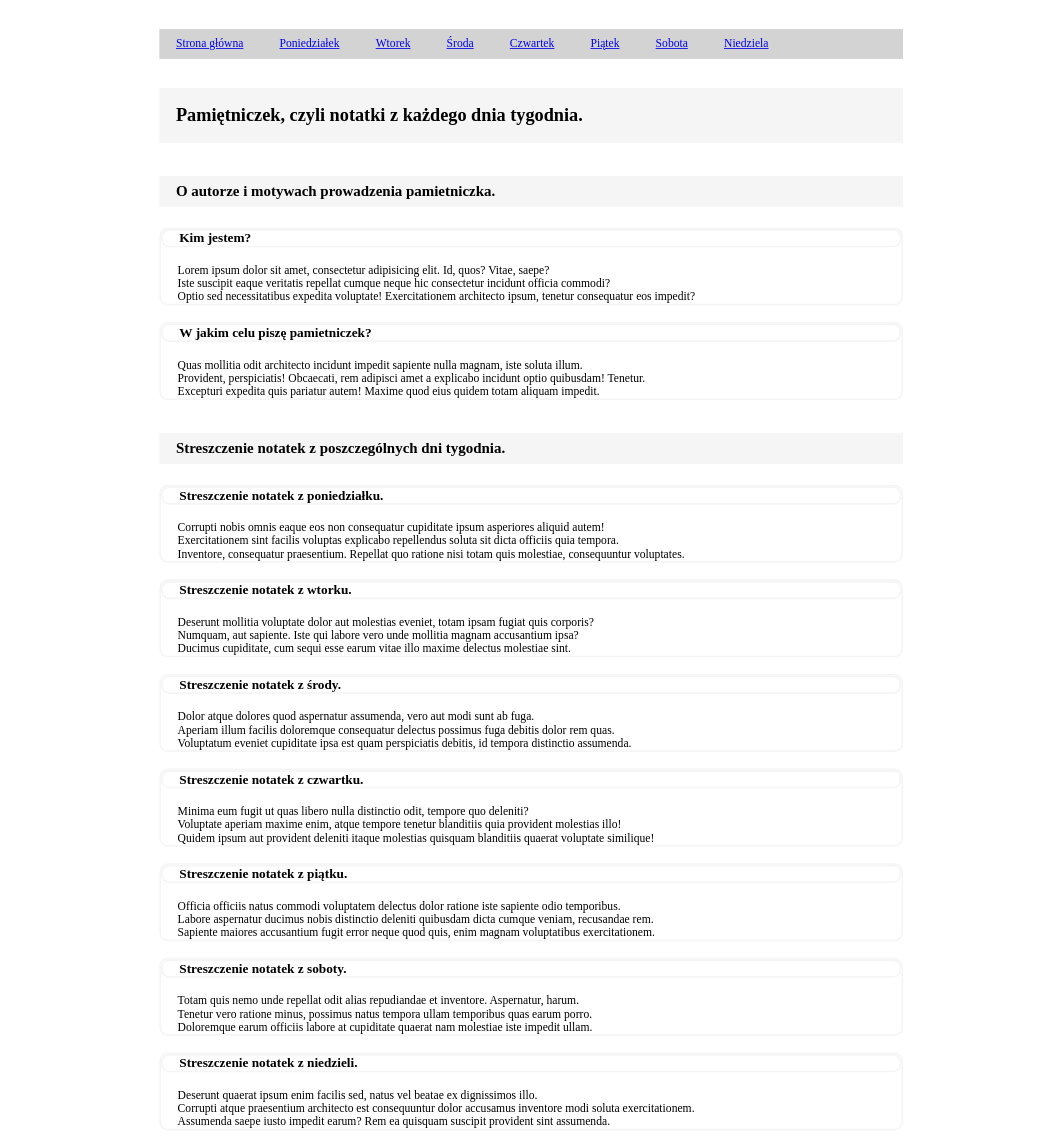
Repository: ArturNatwora/hompage
Page: index.html
An editor plug-in stored every save of this project. The page is shown before and after the next save, followed by the edit.
The browser window is 1280 px wide. The pictures show the whole page, at 83% of full size.

Above is the page before, as saved 2019-06-11 19:40:12.

After the next save:
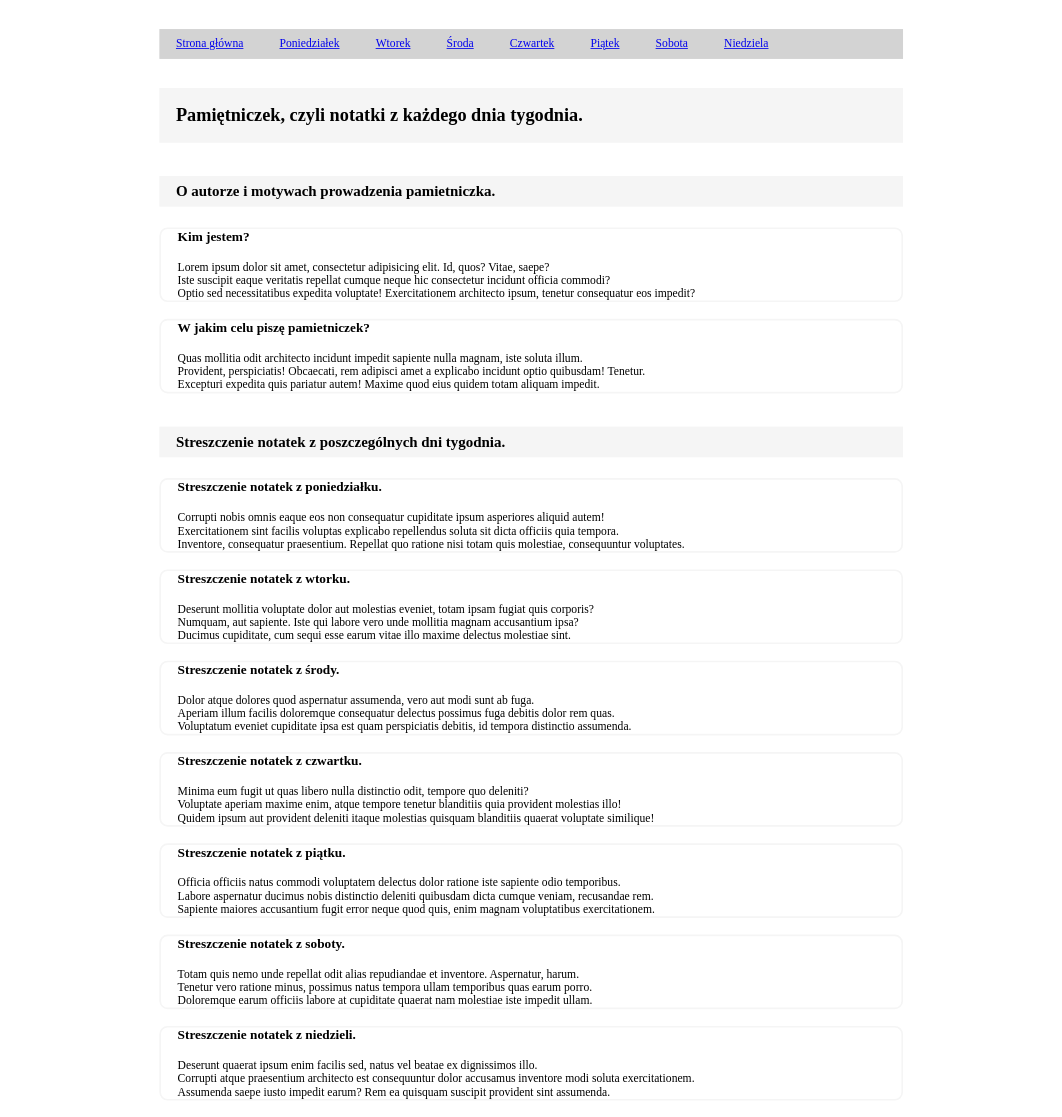
Saved 98 s later.
--- a/index.css
+++ b/index.css
@@ -78,9 +78,7 @@ body{
     margin:0 0 20px 0 ;
     padding: 0 20px;
 
-    border: 2px solid;
-    border-color: whitesmoke;
-    border-radius: 10px;
+
 
 }
 p{
